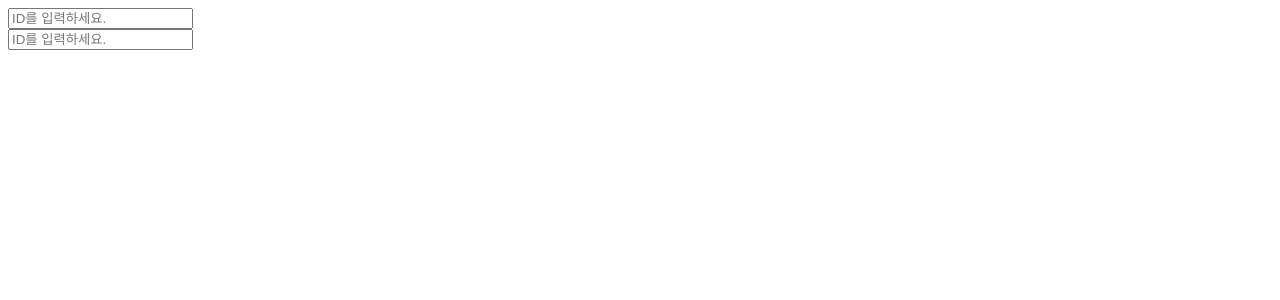
Repository: woneeseo/javastudy
Page: htmlStudy/workspace_html/HelloWorld/WebContent/c.html
An editor plug-in stored every save of this project. The page is shown before and after the next save, followed by the edit.
The browser window is 1280 px wide. The pictures show the whole page.

Above is the page before, as saved 2020-12-04 05:35:19.

### htmlStudy/workspace_html/HelloWorld/WebContent/c.html
<!DOCTYPE html>
<html>
<head>
<meta charset="UTF-8">
<title>Insert title here</title>
</head>
<body>

<input placeholder="ID를 입력하세요.">

<br>

<form action="">

	<input placeholder="ID를 입력하세요.">

</form>

</body>
</html>

After the next save:
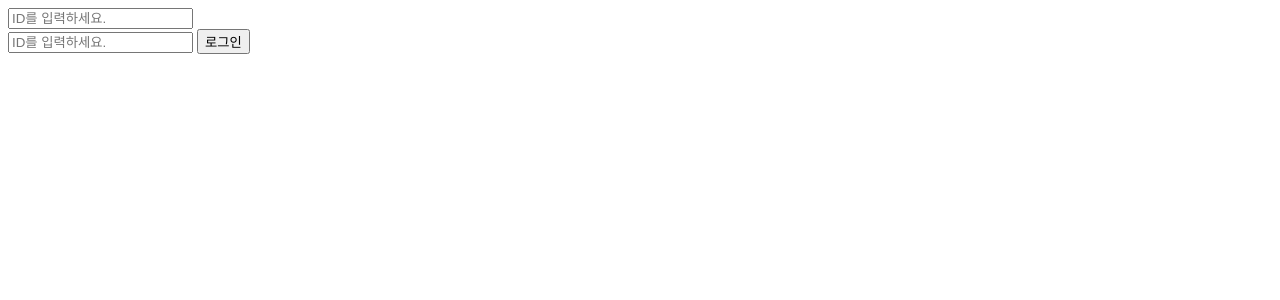
Saved 2 min 32 s later.
--- a/htmlStudy/workspace_html/HelloWorld/WebContent/c.html
+++ b/htmlStudy/workspace_html/HelloWorld/WebContent/c.html
@@ -8,11 +8,13 @@
 
 <input placeholder="ID를 입력하세요.">
 
+
 <br>
 
 <form action="">
 
-	<input placeholder="ID를 입력하세요.">
+	<input type="text" placeholder="ID를 입력하세요.">
+	<input type="submit" value="로그인">
 
 </form>
 
